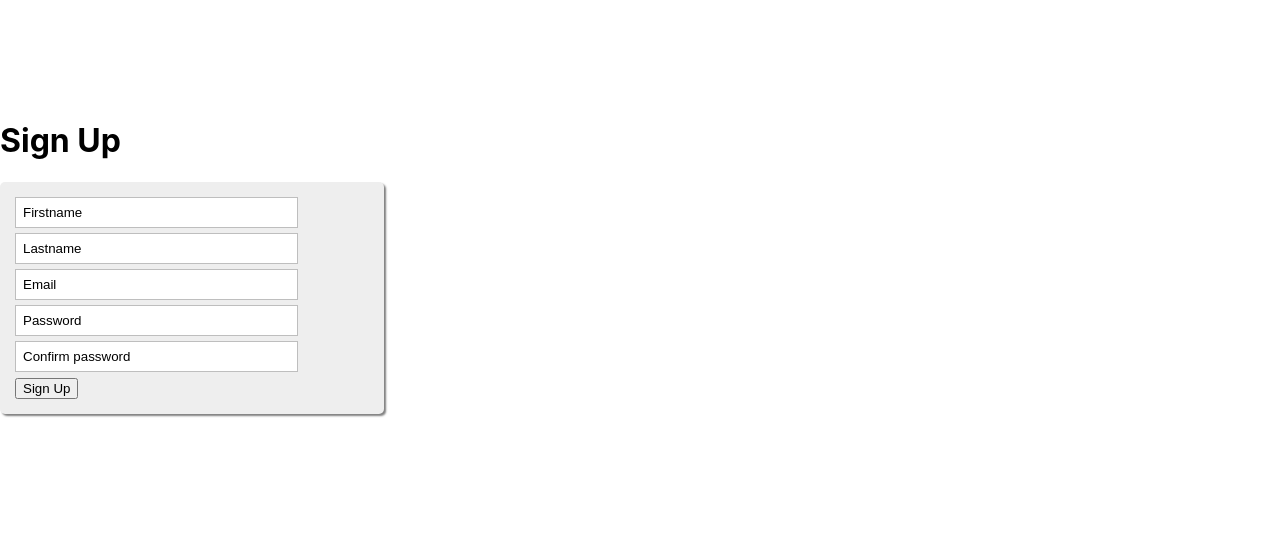
Repository: khamraeva/JSP-homework1-sighup
Page: /
These files come from the project's save history. The page is drawn as it stood at one moment and after the next save; the edit follows.
The browser window is 1280 px wide. The pictures show the whole page.
The project was rebuilt for these pictures with package versions that can differ from the ones it lists, and the page was loaded fresh each time.

Above is the page before, as saved 2020-07-22 16:42:40.

### src/App.js
import React from 'react';
import SignUp from './Components/SignUp/SignUp';
import './App.css';


function App() {
  return (
    <div className="App">
      <SignUp />
    </div>
  );
}

export default App;

### src/Components/SignUp/SignUp.js
import React, { Component } from 'react';
import './SignUp.css';

class SignUp extends Component {
    render() {
        return (
            <div className={'signup-container'}>
                <h1>Sign Up</h1>
                <form className={'signup-form'}>
                    <input
                        className='input'
                        type='text'
                        value='Firstname'
                    />
                    <input
                        className='input'
                        type='text'
                        value='Lastname'
                    />
                    <input
                        className='input'
                        type='text'
                        value='Email'
                    />
                    <input
                        className='input'
                        type='text'
                        value='Password'
                    />
                    <input
                        className='input'
                        type='text'
                        value='Confirm password'
                    />
                    <button>Sign Up</button>
                </form>
            </div>
        )
    }
}

export default SignUp

### src/App.css
.App {
    display: flex;
    justify-content: center;
    flex-direction: column;
}

### src/Components/SignUp/SignUp.css
.signup-container {
    display: flex;
    justify-content: center;
    flex-direction: column;
    padding-top: 100px;
    flex-grow: 1;
    width: 30%;
}

.signup-form {
    background: #eee;
    box-shadow: 2px 2px 2px rgba(0, 0, 0, .5);
    padding: 15px;
    border-radius: 5px;
}

.input {
    display: block;
    /* justify-content: center; */
    box-sizing: border-box;
    border: 1px solid #bebebe;
    padding: 7px;
    margin: 0 0 5px;
    width: 80%;
    outline: none;
    transition: all 300ms ease-in-out;
}

Loaded but not shown: public/index.html (common file); src/index.js (common file); src/index.css (common file); src/serviceWorker.js (common file)

After the next save:
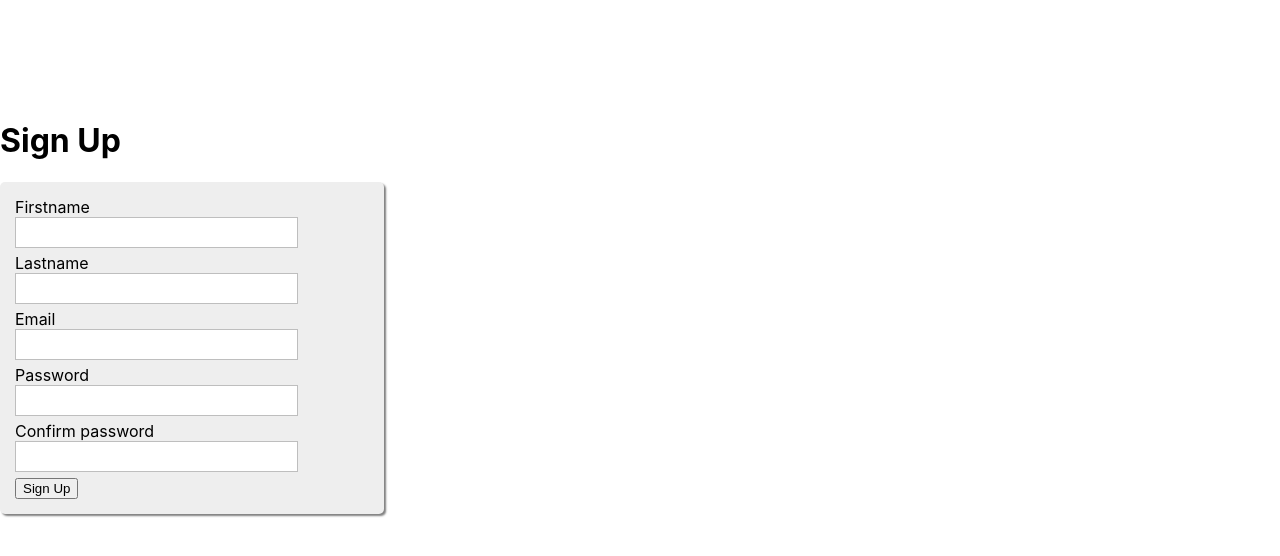
Saved 80 s later.
--- a/src/Components/SignUp/SignUp.js
+++ b/src/Components/SignUp/SignUp.js
@@ -7,30 +7,30 @@ class SignUp extends Component {
             <div className={'signup-container'}>
                 <h1>Sign Up</h1>
                 <form className={'signup-form'}>
+                    <label>Firstname</label>
                     <input
                         className='input'
                         type='text'
-                        value='Firstname'
                     />
+                    <label>Lastname</label>
                     <input
                         className='input'
                         type='text'
-                        value='Lastname'
                     />
+                    <label>Email</label>
                     <input
                         className='input'
                         type='text'
-                        value='Email'
                     />
+                    <label>Password</label>
                     <input
                         className='input'
                         type='text'
-                        value='Password'
                     />
+                    <label>Confirm password</label>
                     <input
                         className='input'
                         type='text'
-                        value='Confirm password'
                     />
                     <button>Sign Up</button>
                 </form>
